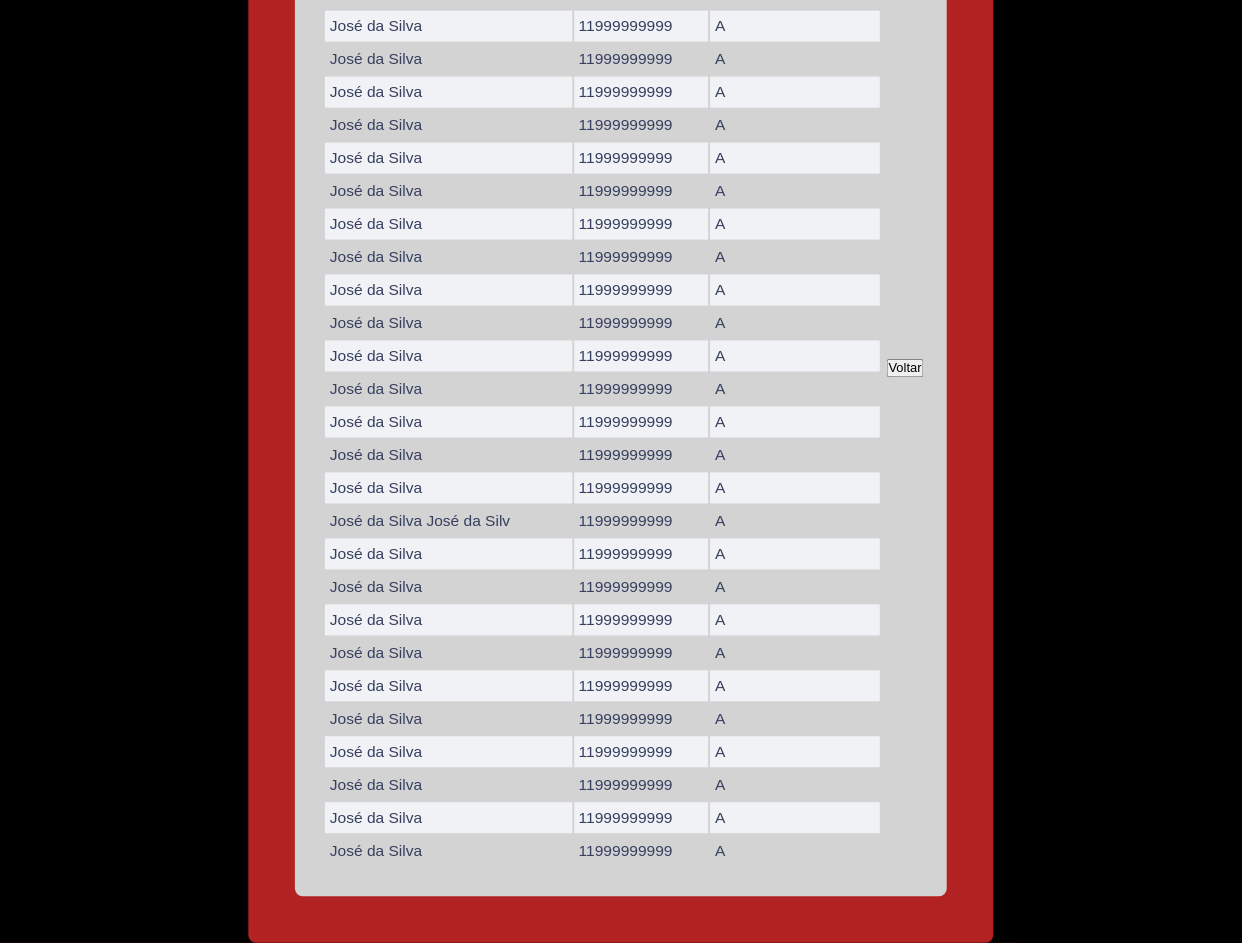
Repository: samantaProspero/projeto_integrador
Page: Versão Atual/PI_Vanila/clientes.html
An editor plug-in stored every save of this project. The page is shown before and after a run of saves, followed by the edit.
The browser window is 1280 px wide. The pictures show the whole page, at 97% of full size.

Above is the page before, as saved 2021-11-06 15:10:51.

### Versão Atual/PI_Vanila/clientes.html
<!DOCTYPE html>
<html lang="pt-BR">
<head>
  <meta charset="UTF-8">
  <meta http-equiv="X-UA-Compatible" content="IE=edge">
  <meta name="viewport" content="width=device-width, initial-scale=1.0">
  <link rel="stylesheet" type="text/css" href="_css/global.css">
  <link rel="stylesheet" type="text/css" href="_css/clientes.css">
  <title>D Lions</title>
</head>
<body id="clientes-container">
  <section class="clientes-content">
    <p>CLIENTES</p>
    <nav class="clientes-painel">
      <div class="clientes-lista">

        <div class="area-clientes">
          <table>
            <thead>
              <th>Nome Completo</th>
              <th>Telefone</th>
              <th>Plano Escolhido</th>
            </thead>
            <tbody>
              <tr>
                <td>José da Silva</td>
                <td>11999999999</td>
                <td>A</td>
              </tr>
              <tr>
                <td>José da Silva</td>
                <td>11999999999</td>
                <td>A</td>
              </tr>
              <tr>
                <td>José da Silva</td>
                <td>11999999999</td>
                <td>A</td>
              </tr>
              <tr>
                <td>José da Silva</td>
                <td>11999999999</td>
                <td>A</td>
              </tr>
              <tr>
                <td>José da Silva</td>
                <td>11999999999</td>
                <td>A</td>
              </tr>
              <tr>
                <td>José da Silva</td>
                <td>11999999999</td>
                <td>A</td>
              </tr>
              <tr>
                <td>José da Silva</td>
                <td>11999999999</td>
                <td>A</td>
              </tr>
              <tr>
                <td>José da Silva</td>
                <td>11999999999</td>
                <td>A</td>
              </tr>
              <tr>
                <td>José da Silva</td>
                <td>11999999999</td>
                <td>A</td>
              </tr>
              <tr>
                <td>José da Silva</td>
                <td>11999999999</td>
                <td>A</td>
              </tr>
              <tr>
                <td>José da Silva</td>
                <td>11999999999</td>
                <td>A</td>
              </tr>
              <tr>
                <td>José da Silva</td>
                <td>11999999999</td>
                <td>A</td>
              </tr>
              <tr>
                <td>José da Silva</td>
                <td>11999999999</td>
                <td>A</td>
              </tr>
              <tr>
                <td>José da Silva</td>
                <td>11999999999</td>
                <td>A</td>
              </tr>
              <tr>
                <td>José da Silva</td>
                <td>11999999999</td>
                <td>A</td>
              </tr>
              <tr>
                <td>José da Silva</td>
                <td>11999999999</td>
                <td>A</td>
              </tr>
              <tr>
                <td>José da Silva</td>
                <td>11999999999</td>
                <td>A</td>
              </tr>
              <tr>
                <td>José da Silva</td>
                <td>11999999999</td>
                <td>A</td>
              </tr>
              <tr>
                <td>José da Silva José da Silv</td>
                <td>11999999999</td>
                <td>A</td>
              </tr>
              <tr>
                <td>José da Silva</td>
                <td>11999999999</td>
                <td>A</td>
              </tr>
              <tr>
                <td>José da Silva</td>
                <td>11999999999</td>
                <td>A</td>
              </tr>
              <tr>
                <td>José da Silva</td>
                <td>11999999999</td>
                <td>A</td>
              </tr>
              <tr>
                <td>José da Silva</td>
                <td>11999999999</td>
                <td>A</td>
              </tr>
              <tr>
                <td>José da Silva</td>
                <td>11999999999</td>
                <td>A</td>
              </tr>
              <tr>
                <td>José da Silva</td>
                <td>11999999999</td>
                <td>A</td>
              </tr>
              <tr>
                <td>José da Silva</td>
                <td>11999999999</td>
                <td>A</td>
              </tr>
              <tr>
                <td>José da Silva</td>
                <td>11999999999</td>
                <td>A</td>
              </tr>
              <tr>
                <td>José da Silva</td>
                <td>11999999999</td>
                <td>A</td>
              </tr>
              <tr>
                <td>José da Silva</td>
                <td>11999999999</td>
                <td>A</td>
              </tr>
            </tbody>
          </table>
        </div>
        <button>Voltar</button>
      </div>
    </nav>
  </section>
</body>
</html>

### Versão Atual/PI_Vanila/_css/global.css
  :root{
    --red: #E52E4D;
    --green: #33CC95;
    --blue: #5429CC;
    --blue-light: #6933FF;
    --text-title: #363F5F;
    --text-body: #969CB2;
    --background: #f0f2f5;
    --shape: #FFFFFF;
    --primary_dark: #363F5F;
  --secondary_dark: #000000;
    --primary: #FF0000;
    --bg_home: #B22222;
    --bg_cadastro:#A52A2A;
    --icon: #6495ED;
    --bg_frame: #D3D3D3;
  }
  /* font verdana 8 bold */

  *{
    margin: 0;
    padding: 0;
    box-sizing: border-box;
  }

  /* // font-size: 16px (Desktop) */
  html{
    @media (max-width: 1080px){
      font-size: 93.75%; //15px
    }
    @media (max-width: 720px){
      font-size: 87.5%;  //14px
    }
  }
  /* //REM = 1rem = 16px */
  body{
    background: var(--secondary_dark);
    -webkit-font-smoothing: antialiased;
  }

  body, input, textarea, button {
    font-family: 'Poppins', sans-serif;
    font-weight: 400;
  }

  h1, h2, h3, h4, h5, h6, strong {
    font-weight: 600;
  }

  button {
    cursor: pointer;
  }



  /* [disabled] {
    opacity: 0.6;
    cursor: not-allowed;
  }

  .react-modal-overlay{
    background: rgba(0,0,0,0.5);
    position: fixed;

    top: 0;
    bottom: 0;
    right: 0;
    left: 0;

    display: flex;
    align-items: center;
    justify-content: center;
  }

  .react-modal-content{
    width: 100%;
    max-width: 576px;
    background: var(--background);
    padding: 3rem;
    position: relative;
    border-radius: 0.25rem;
  }

  .react-modal-close{
    position: absolute;
    right: 1.5rem;
    top: 1.5rem;
    border: 0;
    background: transparent;
    transition: 0.2s; */

    /* &:hover{
      filter: brightness(0.9)
    }
  } */

### Versão Atual/PI_Vanila/_css/clientes.css
#clientes-container {
  width: 100vw;
  height: 100vh;
  display: flex;
  flex-direction: column;
  align-items: center;
  justify-content: center;
}
.clientes-content {
  width: 60vw;
  max-width: 1000px;
  display: flex;
  flex-direction: column;
  justify-content: center;
  align-items: center;
  padding: 3rem;
  border-radius: 8px;
  background-color: var(--bg_home);
}
.clientes-content p {
  color: var(--shape);
  font-size: 1.5rem;
  text-align: center;
  padding-bottom: 1.5rem;
}
.clientes-painel {
  width: 100%;
}
.clientes-lista {
  width: 100%;
  background-color: var(--bg_frame);
  display: flex;
  justify-content: space-around;
  align-items: center;
  padding: 1.5rem;
  border-radius: 8px;

  padding-top: 0.7rem;
}

.area-clientes {
  /* overflow-x:auto; */
  display: flex;
  flex: 1;
  flex-direction: column;
  align-items: center;
  justify-content: space-between;
  padding: 5px;

}
.area-clientes table {
  width: 100%;
}
.area-clientes table th, td{
  text-align: left;
  padding: 5px;
}
.area-clientes table thead{
  background-color: var(--bg_home);
  /* opacity: 0.8; */
  height: 2.5rem;
  color: var(--shape);
}
.area-clientes tr:nth-child(even) {
  background-color: var(--background)
}
.area-clientes tr:hover {
  background-color: var(--bg_home);
  color: var(--shape);
}
.area-clientes table td{
  height: 2rem;
  color: var(--primary_dark);
}
.area-clientes  button{
  /* width: 8rem; */
  height: 3.5rem;
  font-size: 1.2rem;
  padding: 0.8rem 1.8rem;
  border-radius: 5px;
  margin: 20px;
  border-color: var(--text);
}

After the next 3 saves:
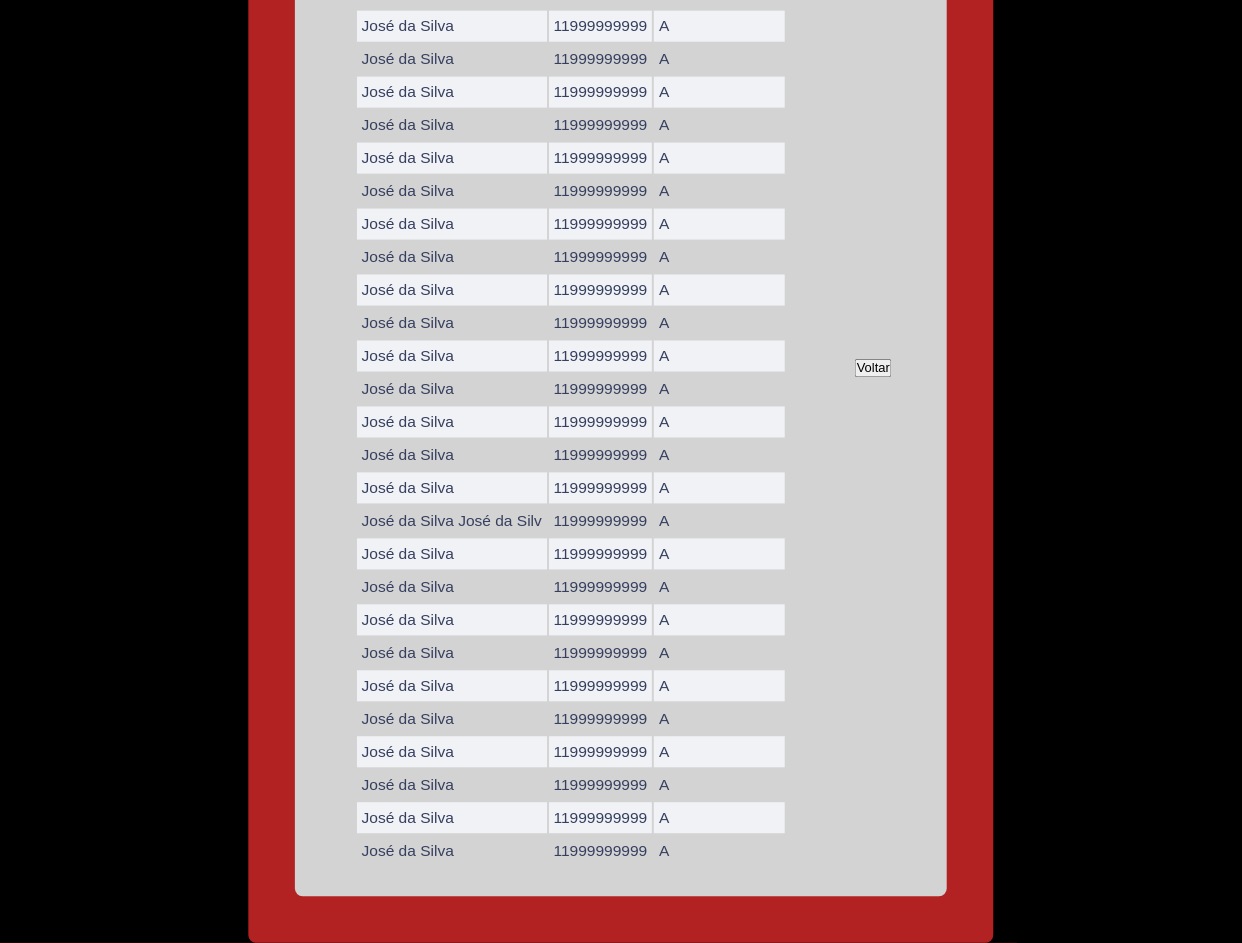
The 3 saves are shown as one change because they came seconds apart.
The last was saved 10 s later.
--- a/Versão Atual/PI_Vanila/_css/clientes.css
+++ b/Versão Atual/PI_Vanila/_css/clientes.css
@@ -30,6 +30,8 @@
   width: 100%;
   background-color: var(--bg_frame);
   display: flex;
+    flex: 1;
+
   justify-content: space-around;
   align-items: center;
   padding: 1.5rem;
@@ -41,7 +43,6 @@
 .area-clientes {
   /* overflow-x:auto; */
   display: flex;
-  flex: 1;
   flex-direction: column;
   align-items: center;
   justify-content: space-between;

After the save that followed:
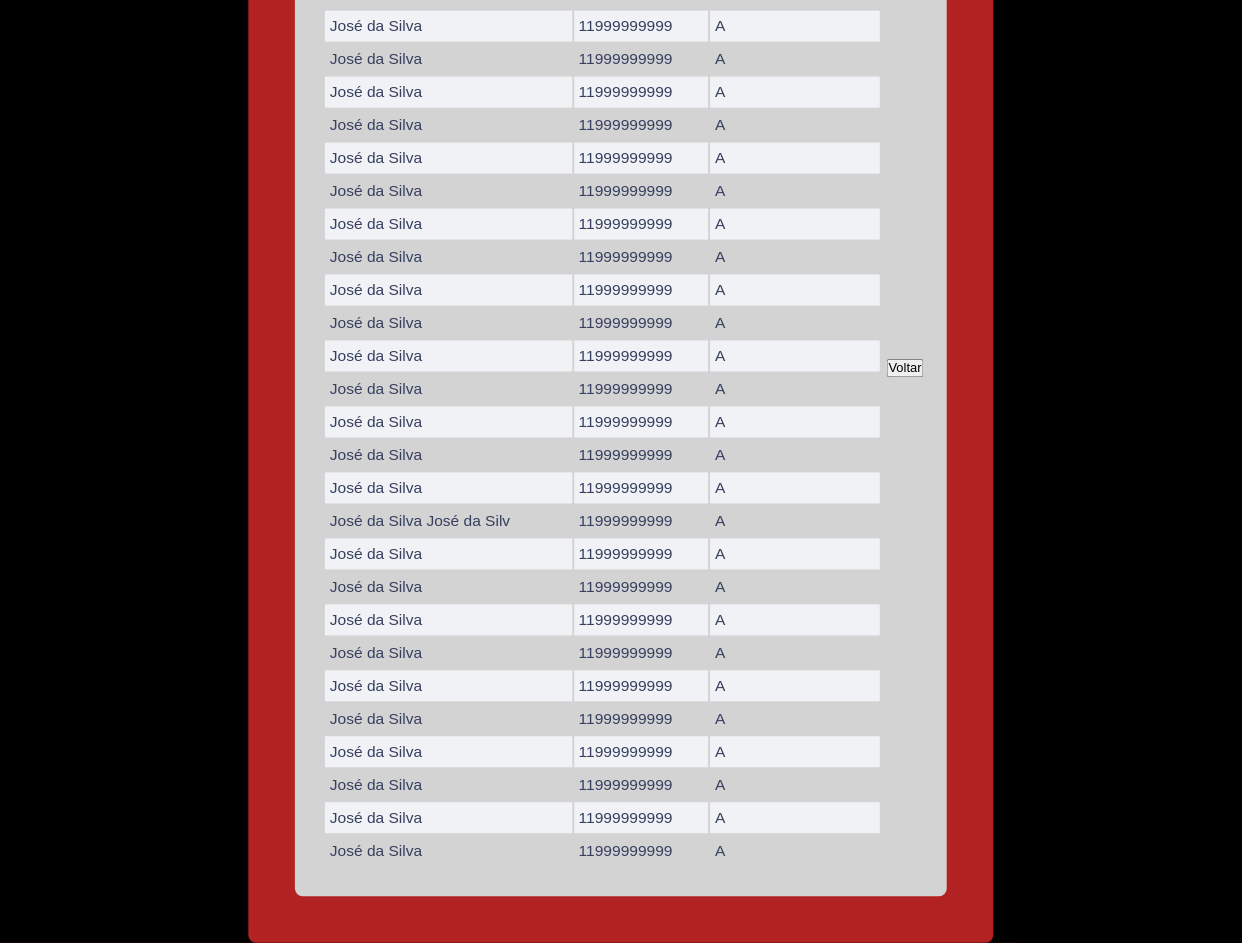
Saved 5 s later.
--- a/Versão Atual/PI_Vanila/_css/clientes.css
+++ b/Versão Atual/PI_Vanila/_css/clientes.css
@@ -30,8 +30,6 @@
   width: 100%;
   background-color: var(--bg_frame);
   display: flex;
-    flex: 1;
-
   justify-content: space-around;
   align-items: center;
   padding: 1.5rem;
@@ -43,6 +41,7 @@
 .area-clientes {
   /* overflow-x:auto; */
   display: flex;
+  flex: 1;
   flex-direction: column;
   align-items: center;
   justify-content: space-between;
